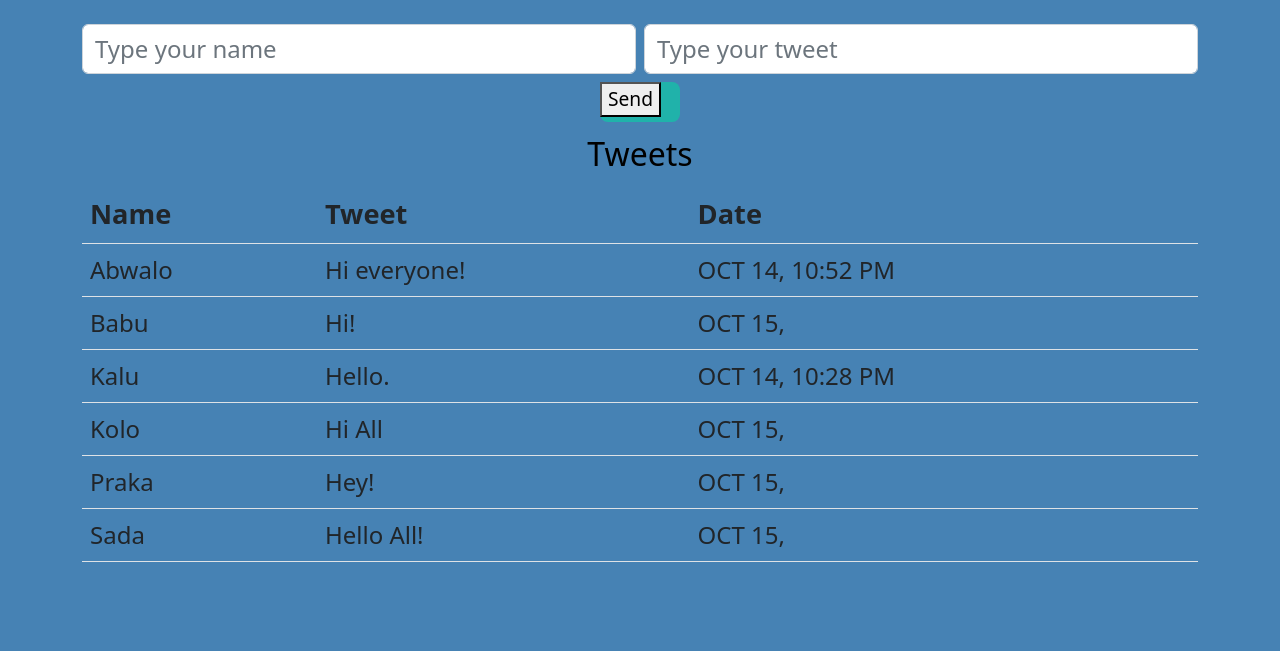
Repository: ShindanoSingi/poor-man-tweeter
Page: http://localhost/
These files come from the project's save history. The page is drawn as it stood at one moment and after the next save; the edit follows.
The browser window is 1280 px wide. The pictures show the whole page.
Some web libraries are served in a nearby version. The page is served by the project's application, run on Django 4.2 (poormantweeter/manage.py). The page reads the database file committed with the project.

Above is the page before, as saved 2022-10-14 19:44:11.

After the next save:
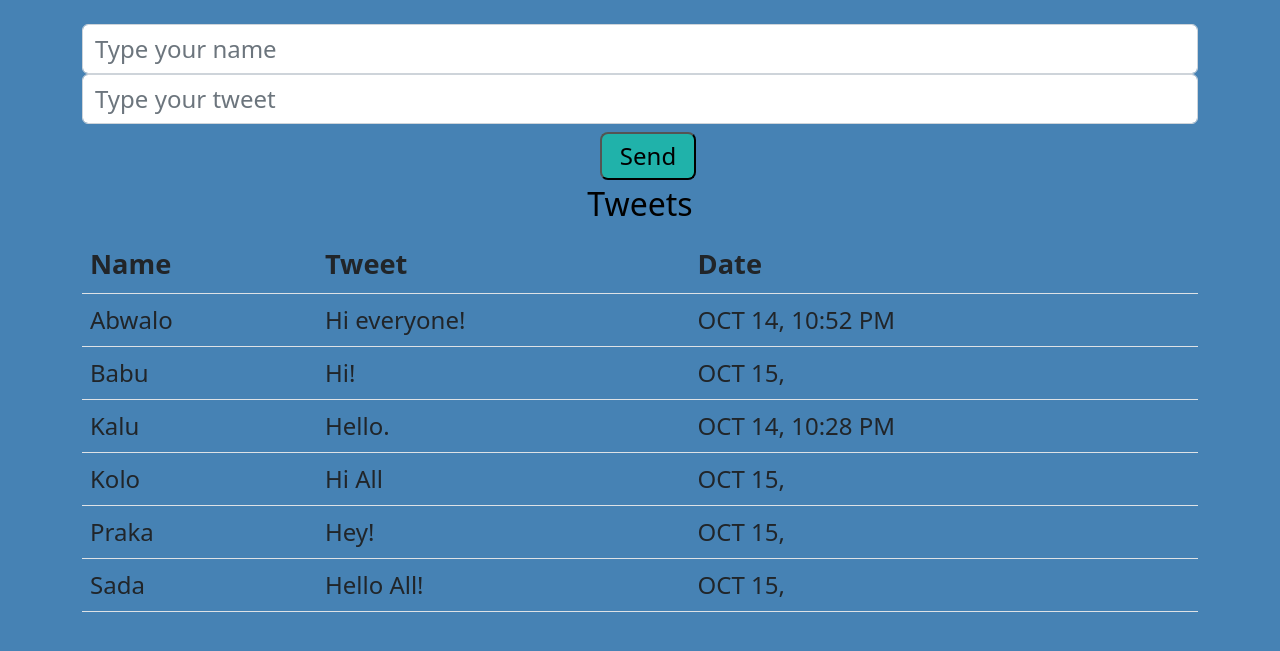
Saved 91 s later.
--- a/poormantweeter/poormantweeterapp/templates/poormantweeterapp/index.html
+++ b/poormantweeter/poormantweeterapp/templates/poormantweeterapp/index.html
@@ -198,12 +198,6 @@
         margin: 0 auto;
       }
 
-      .inputs-container{
-        display: flex;
-        align-items: center;
-        gap: 0.5em;
-      }
-
       @media (min-width: 320px) {
 
         .title{
@@ -224,7 +218,7 @@
         font-size: 0.8rem;
       }
 
-      .send-button{
+      .submit-button{
         width: 4.5rem;
         height: 2rem;
         border-radius: 0.5rem;
@@ -286,7 +280,7 @@
     font-size: 1.5rem;
   }
 
-  .send-button{
+  .submit-button{
     width: 6rem;
     height: 3rem;
     border-radius: 0.5rem;

After the 2 saves that followed:
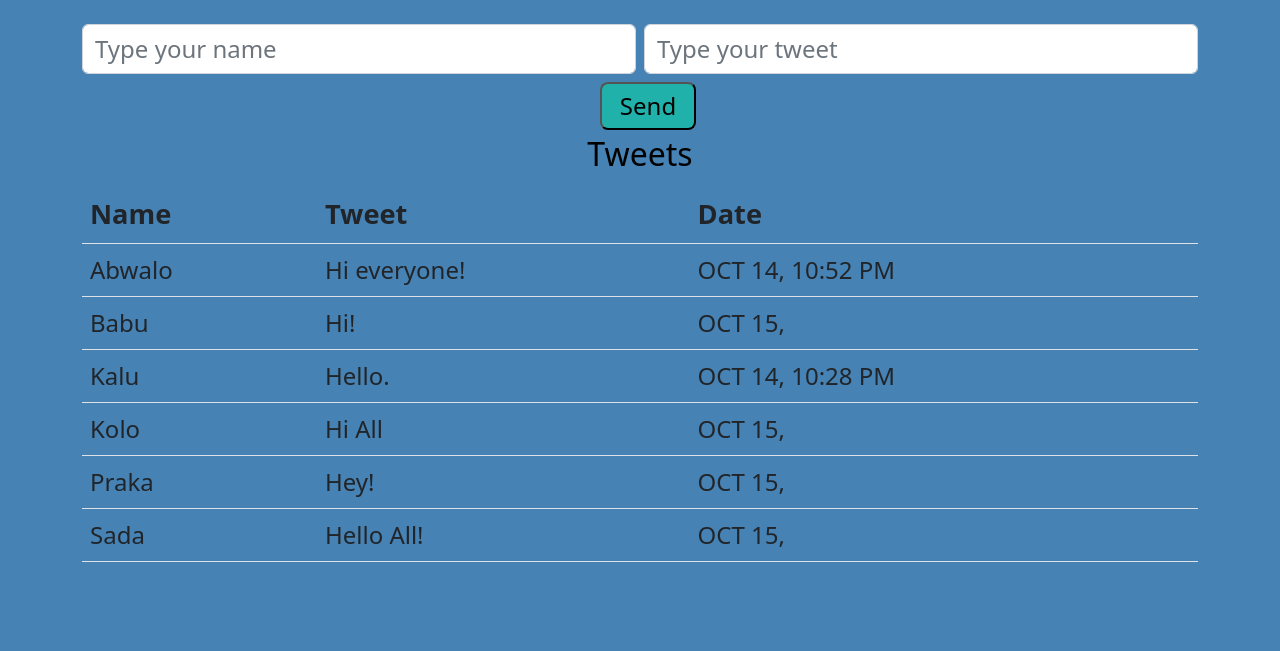
The 2 saves are shown as one change because they came seconds apart.
The last was saved 57 s later.
--- a/poormantweeter/poormantweeterapp/templates/poormantweeterapp/index.html
+++ b/poormantweeter/poormantweeterapp/templates/poormantweeterapp/index.html
@@ -198,6 +198,12 @@
         margin: 0 auto;
       }
 
+      .inputs-container{
+        display:flex;
+        align-items:center;
+        gap: 0.5em;
+      }
+
       @media (min-width: 320px) {
 
         .title{
